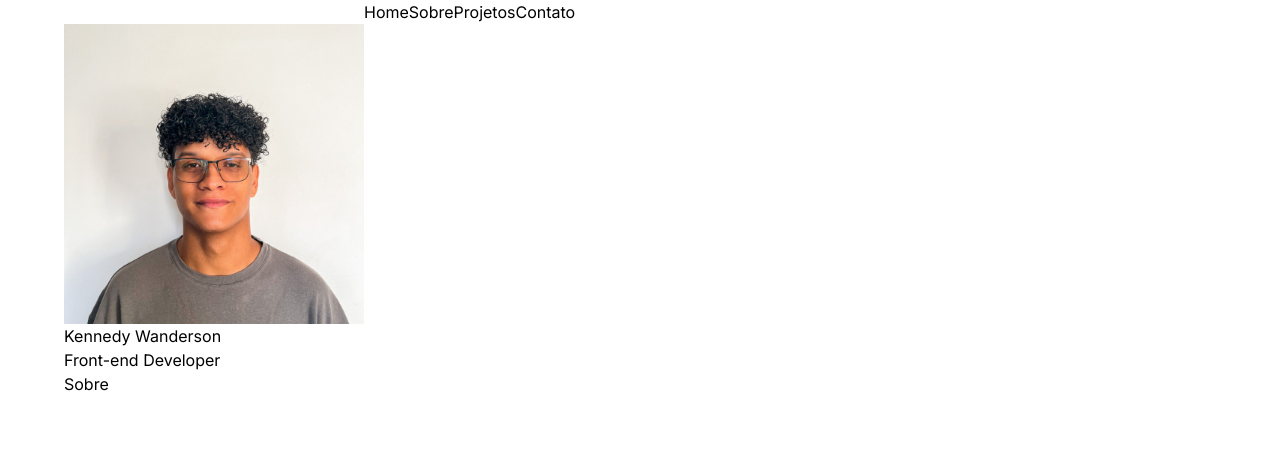
Repository: KennedyWanderson/landing
Page: /
The author's editor kept a copy of each file at every save. The page is drawn from the files as they stood at one save, then again after a run of saves.
The browser window is 1280 px wide. The pictures show the whole page.
The project was rebuilt for these pictures with package versions that can differ from the ones it lists, and the page was loaded fresh each time. The framework's server and built-in components were replaced by stand-ins that run in the browser. Also part of the build but not shown: next.config.js.

Above is the page before, as saved 2024-01-03 15:52:40.

After the next 4 saves:
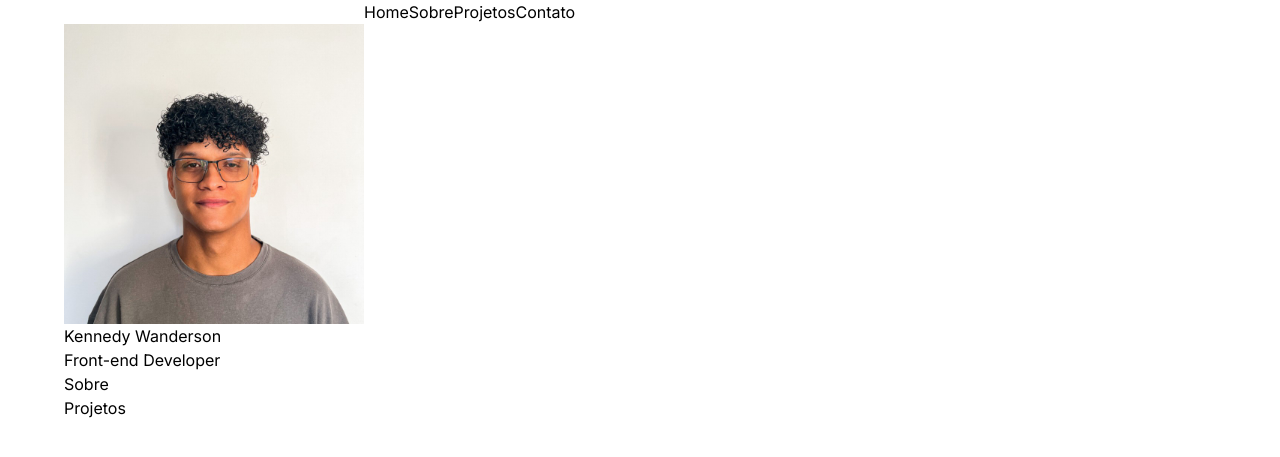
The 4 saves are shown as one change because they came seconds apart.
The last was saved 11 s later.
--- a/src/Components/Content.tsx
+++ b/src/Components/Content.tsx
@@ -2,6 +2,7 @@ import { Container } from "@mui/material";
 import Header from "./Header";
 import Image from "next/image";
 import About from "./About";
+import Projects from "./Projects";
 
 export default function Content(){
     return(
@@ -14,6 +15,7 @@ export default function Content(){
                 </div>
             </div>
             <About />
+            <Projects />
 
         </Container>
     )
